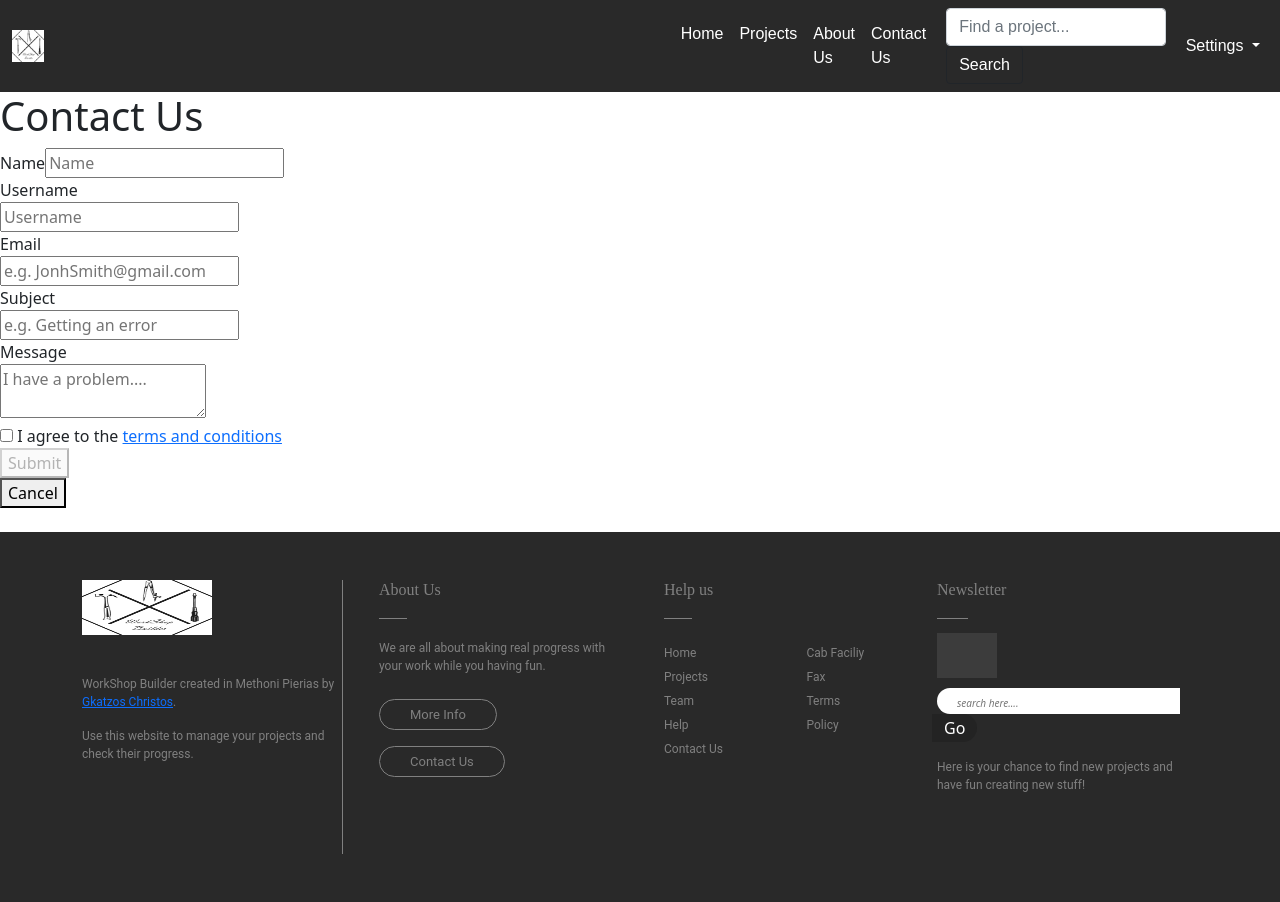
Repository: GkatzosChristos/workshop-builder-ui
Page: /contactUs (app in workshop-builder-ui/)
An editor plug-in stored every save of this project. The page is shown before and after the next save, followed by the edit.
The browser window is 1280 px wide. The pictures show the whole page.
The project was rebuilt for these pictures with package versions that can differ from the ones it lists, and the page was loaded fresh each time. Also part of the build but not shown: workshop-builder-ui/angular.json, workshop-builder-ui/src/app/about-us/about-us.component.ts, workshop-builder-ui/src/app/home/home.component.ts, workshop-builder-ui/src/app/project/project.component.ts.

Above is the page before, as saved 2021-08-27 17:10:43.

After the next save:
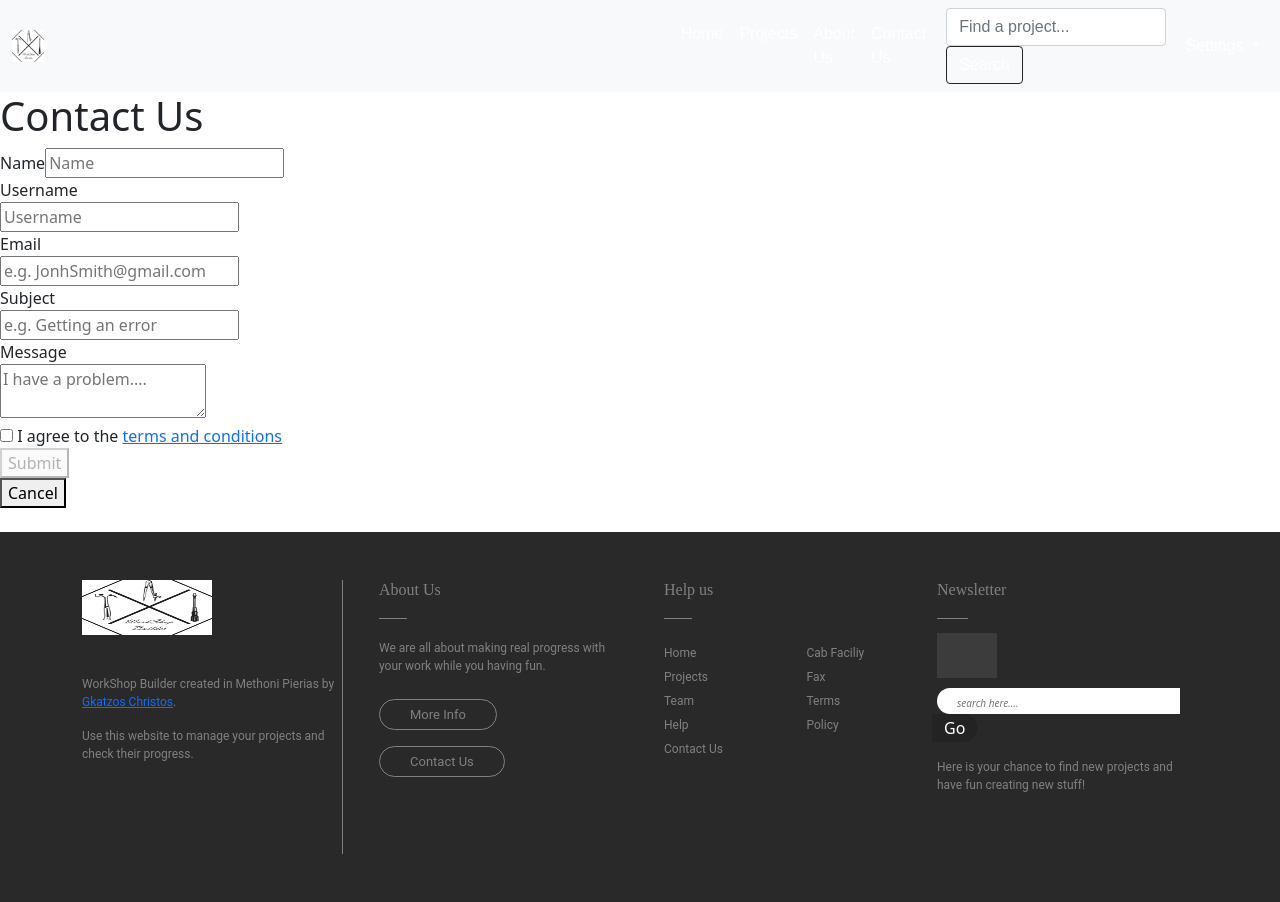
Saved 80 s later.
--- a/workshop-builder-ui/src/app/header/header.component.html
+++ b/workshop-builder-ui/src/app/header/header.component.html
@@ -3,7 +3,7 @@
     <meta charset="utf-8">
 </head>
 <header>
-    <nav class="navbar navbar-expand-lg">
+    <nav class="navbar navbar-expand-lg navbar-light bg-light">
         <div class="container-fluid">
             <a class="navbar-brand" routerLink="/">
                 <img src="/assets/images/workshop_logo.jpg" alt="WorkShop Builder">

After the save that followed:
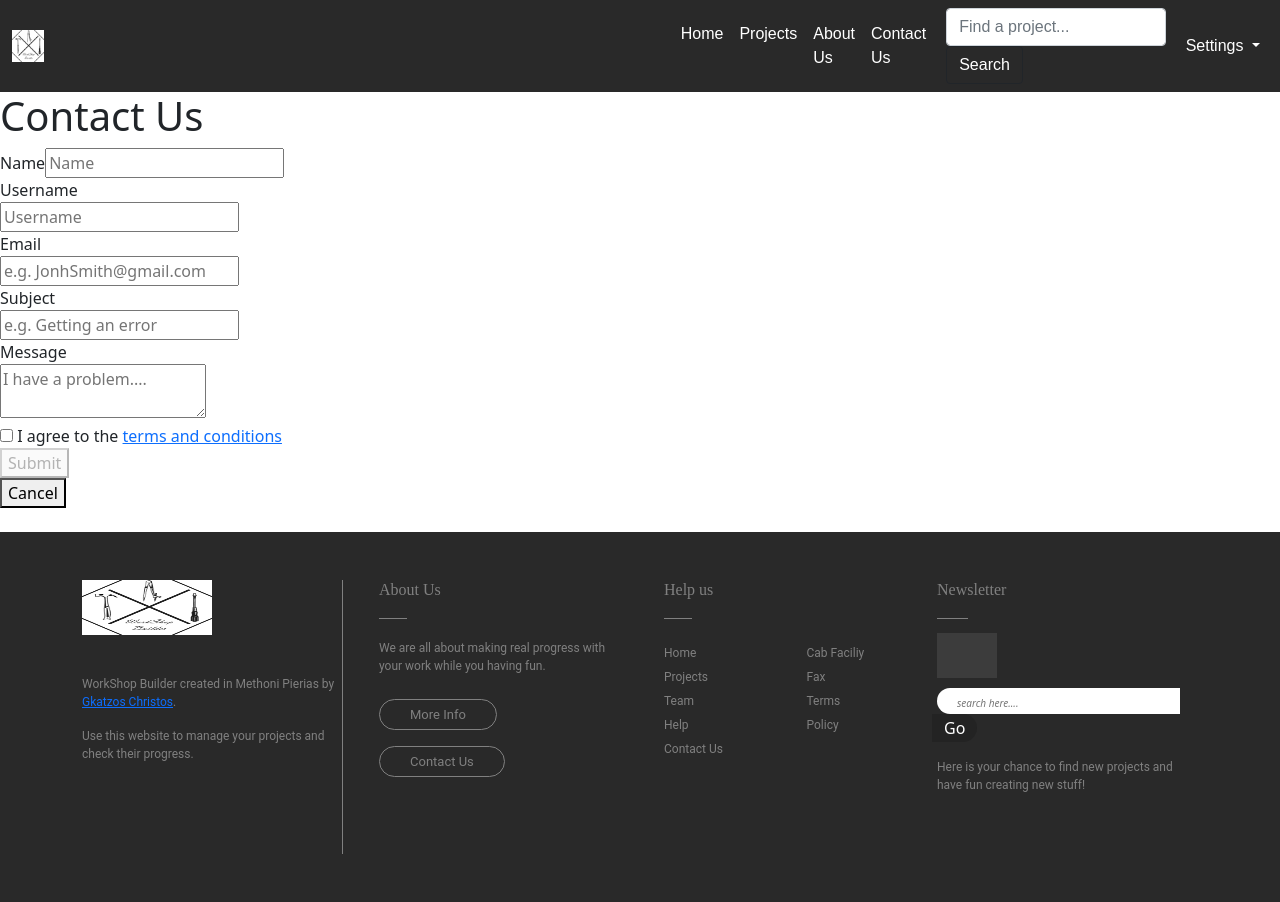
Saved 26 s later.
--- a/workshop-builder-ui/src/app/header/header.component.html
+++ b/workshop-builder-ui/src/app/header/header.component.html
@@ -3,7 +3,7 @@
     <meta charset="utf-8">
 </head>
 <header>
-    <nav class="navbar navbar-expand-lg navbar-light bg-light">
+    <nav class="navbar navbar-expand-lg">
         <div class="container-fluid">
             <a class="navbar-brand" routerLink="/">
                 <img src="/assets/images/workshop_logo.jpg" alt="WorkShop Builder">
